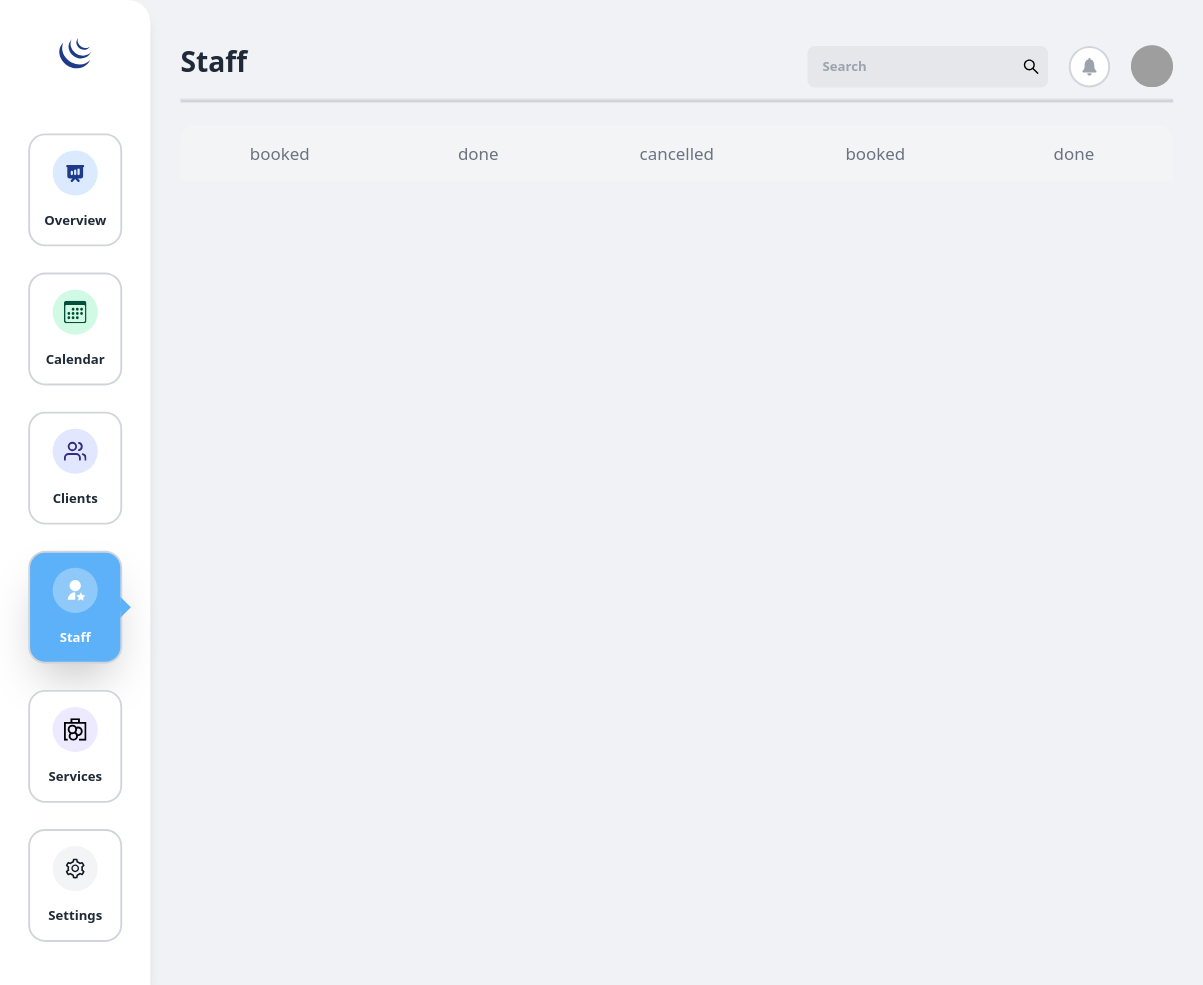
Repository: coolronts/dashboard
Page: /staff
An editor plug-in stored every save of this project. The page is shown before and after a run of saves, followed by the edit.
The browser window is 1280 px wide. The pictures show the whole page, at 94% of full size.
Pictures or frames that could not be fetched are drawn as grey boxes. The project was rebuilt for these pictures with package versions that can differ from the ones it lists, and the page was loaded fresh each time. Also part of the build but not shown: craco.config.js, src/Components/Tags/index.tsx, src/Utils/avatar.ts, src/api/Profile.ts, src/Units/Client/Profile/index.tsx, src/Units/Client/index.ts, src/Units/Client/Section/Left/index.tsx, src/Components/DropDown/index.tsx and 29 more.

Above is the page before, as saved 2021-11-29 10:16:12.

### src/index.tsx
import './index.css';

import App from './App';
import React from 'react';
import ReactDOM from 'react-dom';

ReactDOM.render(
  <React.StrictMode>
    <App />
  </React.StrictMode>,
  document.getElementById('root')
);

### src/App.tsx
import "./App.css";

import { BrowserRouter, Route, Routes } from "react-router-dom";
import { Client, Overview, Staff } from "./Pages";

import { LeftDrawer } from "./Units/Shared";
import { SectionHeader } from "./Units/Shared";

function App() {
  const styles = {
    leftDrawer: "bg-white px-8 rounded-tr-3xl py-8 w-42 shadow-lg",
  };
  return (
    <BrowserRouter>
      <div className="App flex">
        <div className={styles.leftDrawer}>
          <LeftDrawer />
        </div>
        <div className="w-full mx-8">
          <SectionHeader />
          <Routes>
            <Route path="/" element={<Overview />} />
            <Route path="/overview" element={<Overview />} />
            <Route path="/clients" element={<Client />} />
            <Route path="/staff" element={<Staff />} />
          </Routes>
        </div>
      </div>
    </BrowserRouter>
  );
}

export default App;

### src/App.css
* {
    margin: 0;
    padding: 0;
}

.App {
    background-color: #F0F2F5;
}

### src/Pages/index.tsx
import Client from "./Client";
import Overview from "./Overview";
import Staff from "./Staff";

export { Overview, Client, Staff };

### src/Units/Shared/index.tsx
import LeftDrawer from './LeftDrawer'
import SectionHeader from './SectionHeader'

export {SectionHeader, LeftDrawer}

### src/Pages/Staff/index.tsx
import Table from "../../Components/Table";

const Staff: React.FC = () => {
  return (
    <div>
      <Table
        isHeader={true}
        headings={["booked", "done", "cancelled", "booked", "done"]}
      />
    </div>
  );
};
export default Staff;

### src/Units/Shared/LeftDrawer/index.tsx
import {
  Calendar,
  Clients,
  Overview,
  Services,
  Settings,
  Staff,
} from "../../../Components/Icons";

import { CompanyLogo } from "../../../Components/Icons";
import Logo from "../../../Components/Logo";

const LeftDrawer: React.FC = () => {
  const styles = {
    CompanyLogo: "text-5xl text-blue-900 w-full mb-12",
    menu: "flex flex-col justify-between bg-blue.primary",
  };
  const icons = [
    { Icon: <Overview />, name: "overview", color: "blue" },
    { Icon: <Calendar />, name: "calendar", color: "green" },
    { Icon: <Clients />, name: "clients", color: "indigo" },
    { Icon: <Staff />, name: "staff", color: "red" },
    { Icon: <Services />, name: "services", color: "purple" },
    { Icon: <Settings />, name: "settings", color: "gray" },
  ];

  return (
    <div className="m-auto">
      <CompanyLogo className={styles.CompanyLogo} />
      <div className={styles.menu}>
        {icons.map((icon) => (
          <Logo
            Icon={icon.Icon}
            name={icon.name}
            color={icon.color}
            key={icon.name}
          />
        ))}
      </div>
    </div>
  );
};

export default LeftDrawer;

### src/Units/Shared/SectionHeader/index.tsx
import { useEffect, useState } from "react";

import Avatar from "../../../Components/Avatar";
import { Notifications } from "../../../Components/Icons";
import { RoundIcon } from "../../../Components/Buttons";
import { SearchBox } from "../../../Components/InputBox";
import { useLocation } from "react-router-dom";

const SectionHeader: React.FC = () => {
  const styles = {
    body: "flex justify-between mt-12",
    heading: "text-3xl text-gray-800 font-bold capitalize",
    leftComponent: "flex items-center justify-around",
  };
  const location = useLocation();

  const [header, setHeader] = useState<string>("");

  useEffect(() => {
    setHeader(location.pathname.substr(1, location.pathname.length));
  }, [location]);

  return (
    <>
      <div className={styles.body}>
        <h1 className={styles.heading}>{header}</h1>
        <div className={styles.leftComponent}>
          <SearchBox />
          <RoundIcon Icon={<Notifications />} />
          <Avatar />
        </div>
      </div>
      <hr className="bg-gray-300 h-1 my-3" />
    </>
  );
};

export default SectionHeader;

### src/Components/Table/index.tsx
interface TableProps {
  isHeader?: boolean;
  headings?: string[];
  data?: any[];
}
const Table: React.FC<TableProps> = ({ isHeader = false, headings, data }) => {
  const styles = {
    header: "flex justify-between bg-gray-100 py-4 rounded-t-2xl mt-6",
    row: `flex text-sm items-center justify-between font-semibold font-sans tracking-tight py-3`,
  };

  return (
    <div>
      {isHeader && headings && (
        <div className={styles.header}>
          {headings.map((item, i) => (
            <div className="w-1/5 text-center" key={i}>
              <p className="text-lg text-gray-500">{item}</p>
            </div>
          ))}
        </div>
      )}
    </div>
  );
};

export default Table;

### src/Components/Icons/index.tsx
import { BsArrowDownShort, BsCalendar3 } from "react-icons/bs";

import { AiOutlineSearch } from "react-icons/ai";
import { AiOutlineSetting } from "react-icons/ai";
import { BiDownload } from "react-icons/bi";
import { BiShowAlt } from "react-icons/bi";
import { DiJqueryLogo } from "react-icons/di";
import { FiArrowUpRight } from "react-icons/fi";
import { FiUsers } from "react-icons/fi";
import { GrBusinessService } from "react-icons/gr";
import { HiPresentationChartBar } from "react-icons/hi";
import { ImArrowRight } from "react-icons/im";
import { IoIosNotifications } from "react-icons/io";
import { RiUserStarFill } from "react-icons/ri";

export {
  HiPresentationChartBar as Overview,
  BsCalendar3 as Calendar,
  FiUsers as Clients,
  RiUserStarFill as Staff,
  GrBusinessService as Services,
  AiOutlineSetting as Settings,
  ImArrowRight as ArrowRight,
  DiJqueryLogo as CompanyLogo,
  AiOutlineSearch as Search,
  IoIosNotifications as Notifications,
  FiArrowUpRight as ArrowUpRight,
  BsArrowDownShort as ArrowDown,
  BiShowAlt as Show,
  BiDownload as Download,
};

### src/Components/Logo/index.tsx
import { useEffect, useState } from "react";

import { ArrowRight } from "../Icons";
import { Link } from "react-router-dom";
import { useLocation } from "react-router-dom";

interface IconProps {
  Icon: React.ReactNode;
  name: string;
  color: string;
}

const Logo: React.FC<IconProps> = ({ Icon, name, color }) => {
  const location = useLocation();
  const [active, setActive] = useState<string>("");

  useEffect(() => {
    setActive(location.pathname.substr(1, location.pathname.length));
    console.log(active, name);
    console.log(color);
  }, [location, active, name, color]);

  const styles = {
    body: `${
      active === name ? "bg-blue-primary shadow-2xl" : "bg-white"
    } relative group my-4 text-2xl px-12 py-4 bg-white ring-2 ring-gray-300 w-20 rounded-2xl flex flex-col items-center justify-around hover:bg-blue-primary hover:shadow-2xl cursor-pointer `,
    name: `${
      active === name ? "text-white" : "text-gray-800"
    } group-hover:text-white capitalize text-sm font-semibold mt-4`,
    icon: `${
      active === name
        ? "bg-blue-primary text-white"
        : `bg-${color}-100 text-${color}-900`
    } rounded-full p-3 group-hover:bg-blue-primary group-hover:text-white`,
    arrowRight: `${
      active === name ? "text-blue-primary" : "text-transparent"
    } absolute -right-3 text-transparent`,
    overlay: `${
      active === name ? "opacity-30 " : "opacity-0"
    } absolute bg-white w-12 h-12 rounded-full top-4 group-hover:opacity-30`,
  };

  return (
    <Link to={`/${name}`}>
      <div className={styles.body}>
        <div className={styles.overlay} />
        <div className={styles.icon}> {Icon} </div>
        <p className={styles.name}> {name} </p>
        <ArrowRight className={styles.arrowRight} />
      </div>
    </Link>
  );
};

export default Logo;

### src/Components/Avatar/index.tsx
interface AvatarProps {
  img?: string;
  radius?: number;
}
const imgLink="https://images.unsplash.com/photo-1472099645785-5658abf4ff4e?ixlib=rb-1.2.1&ixid=eyJhcHBfaWQiOjEyMDd9&auto=format&fit=facearea&facepad=2&w=256&h=256&q=80"

const Avatar: React.FC<AvatarProps> = ({ img = imgLink, radius =45 }) => {
  const styles = {
    avatar:`inline-block rounded-full cursor-pointer`
  }
  return (
    <div>
      <img
        style={{width:radius, height:radius}}
        className={styles.avatar}
        src={img}
        alt="avatar"
      />
    </div>
  )
}

export default Avatar

### src/Components/Buttons/index.tsx
interface RoundIconButtonProps {
  Icon: React.ReactNode;
}

const RoundIcon: React.FC<RoundIconButtonProps> = ({ Icon }) => {
  const styles = {
    icon: "ring-2 flex items-center justify-center ring-gray-300 text-2xl w-10 h-10 font-bold p-2 bg-white rounded-full mx-6 shadow text-gray-400 cursor-pointer hover:shadow-2xl",
  };
  return (
    <div className={styles.icon}>
      <div className="m-auto">{Icon}</div>
    </div>
  );
};

interface PrimaryProps {
  name: string;
}

const Primary: React.FC<PrimaryProps> = ({ name }) => {
  const styles = {
    body: "text-center font-semibold w-64 py-3 bg-blue-500 rounded-xl mx-6 shadow text-white cursor-pointer hover:shadow-2xl",
    name: " ",
  };
  return (
    <div className={styles.body}>
      <p className={styles.name}>{name}</p>
    </div>
  );
};

export { Primary, RoundIcon };

### src/Components/InputBox/index.tsx
import {Search} from '../Icons'

const SearchBox: React.FC = () => {
  const styles = {
    body: "relative",
    textBox: "bg-gray-200 w-64 rounded-lg py-3 px-4 font-semibold text-sm focus:ring-2 ring-gray-600 outline-none",
    searchIcon: "absolute right-2 top-3 text-xl"
  }

  return (
    <div className={styles.body}>
      <input className={styles.textBox} type="text" placeholder="Search" />
      <Search className={styles.searchIcon}/>
    </div>
  )
}

interface dataProps{
  label: string,
  text: string,
}

const DisabledInputWithLabel: React.FC<dataProps> = ({ label, text }) => {
  const styles = {
    body: "bg-gray-200 w-full rounded-2xl py-3 px-4 font-semibold text-sm focus:ring-2 ring-gray-600 outline-none",
    label: "text-gray-500 capitalize",
    searchIcon: "absolute right-2 top-3 text-xl"
  }

  return (
    <div className={styles.body}>
      <p className={styles.label}>{label}</p>
      <p > {text}</p>
    </div>
  )
}

export {DisabledInputWithLabel, SearchBox}

### tailwind.config.js
module.exports = {
    purge: ["./src/**/*.{js,jsx,ts,tsx}", "./public/index.html"],
    darkMode: false, // or 'media' or 'class'
    theme: {
        extend: {
            colors: {
                blue: {
                    primary: "#5DB1F8",
                    secondary: "#38A3FF",
                    tertiary: "#1D90F3",
                },
            },
        },
    },
    variants: {
        extend: {},
    },
    plugins: [],
};

### src/Components/Card/index.tsx
import { ReactNode } from "react";

interface CardProps {
  size?: string;
  Element: ReactNode;
  isHeader?: boolean;
  title?: string;
  subtitle?: string;
}

const Card: React.FC<CardProps> = ({
  size,
  Element,
  isHeader = false,
  title,
  subtitle,
}) => {
  const styles = {
    body: `bg-white px-6 py-8 rounded-2xl shadow ${
      size === "sm" ? "w-3/6" : "w-full"
    }`,
    header: "font-semibold font-sans px-4",
    title: "tracking-tighter text-xl text-gray-700 capitalize",
    subtitle: "text-md text-gray-400",
  };
  return (
    <div className={styles.body}>
      {isHeader && (
        <div className={styles.header}>
          <p className={styles.title}>{title}</p>
          <p className={styles.subtitle}>{subtitle}</p>
        </div>
      )}
      {Element}
    </div>
  );
};

export default Card;

Loaded but not shown: public/index.html (common file); src/index.css (common file)

After the next 2 saves:
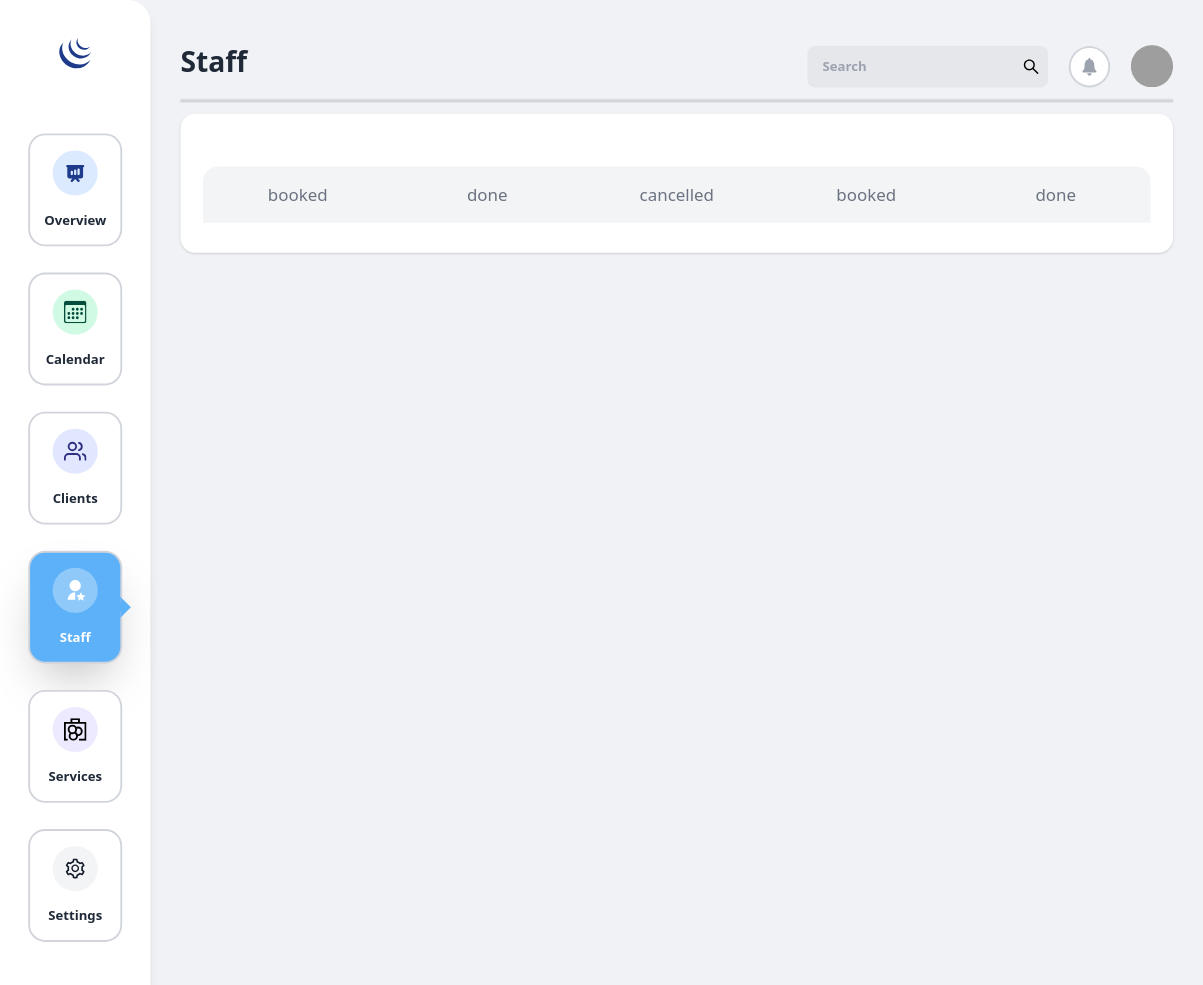
The 2 saves are shown as one change because 1 did not build or start.
The last was saved 87 s later.
--- a/src/Pages/Staff/index.tsx
+++ b/src/Pages/Staff/index.tsx
@@ -1,11 +1,16 @@
+import Card from "../../Components/Card";
 import Table from "../../Components/Table";
 
 const Staff: React.FC = () => {
   return (
     <div>
-      <Table
-        isHeader={true}
-        headings={["booked", "done", "cancelled", "booked", "done"]}
+      <Card
+        Element={
+          <Table
+            isHeader={true}
+            headings={["booked", "done", "cancelled", "booked", "done"]}
+          />
+        }
       />
     </div>
   );
